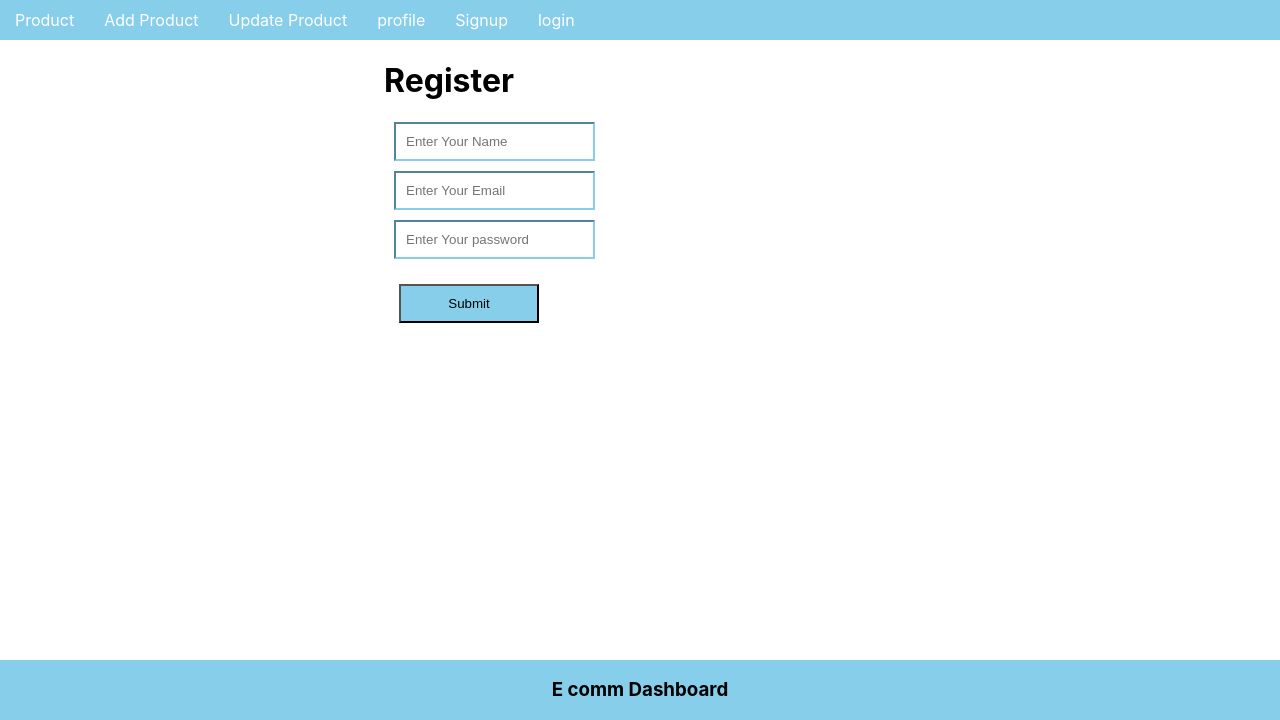
Repository: ShahbazGurmani/react-code-e-dashboard
Page: /add
The author's editor kept a copy of each file at every save. The page is drawn from the files as they stood at one save, then again after the next save.
The browser window is 1280 px wide. The pictures show the whole page.
The project was rebuilt for these pictures with package versions that can differ from the ones it lists, and the page was loaded fresh each time. Also part of the build but not shown: src/components/Login.js.

Above is the page before, as saved 2023-08-24 22:44:59.

After the next save:
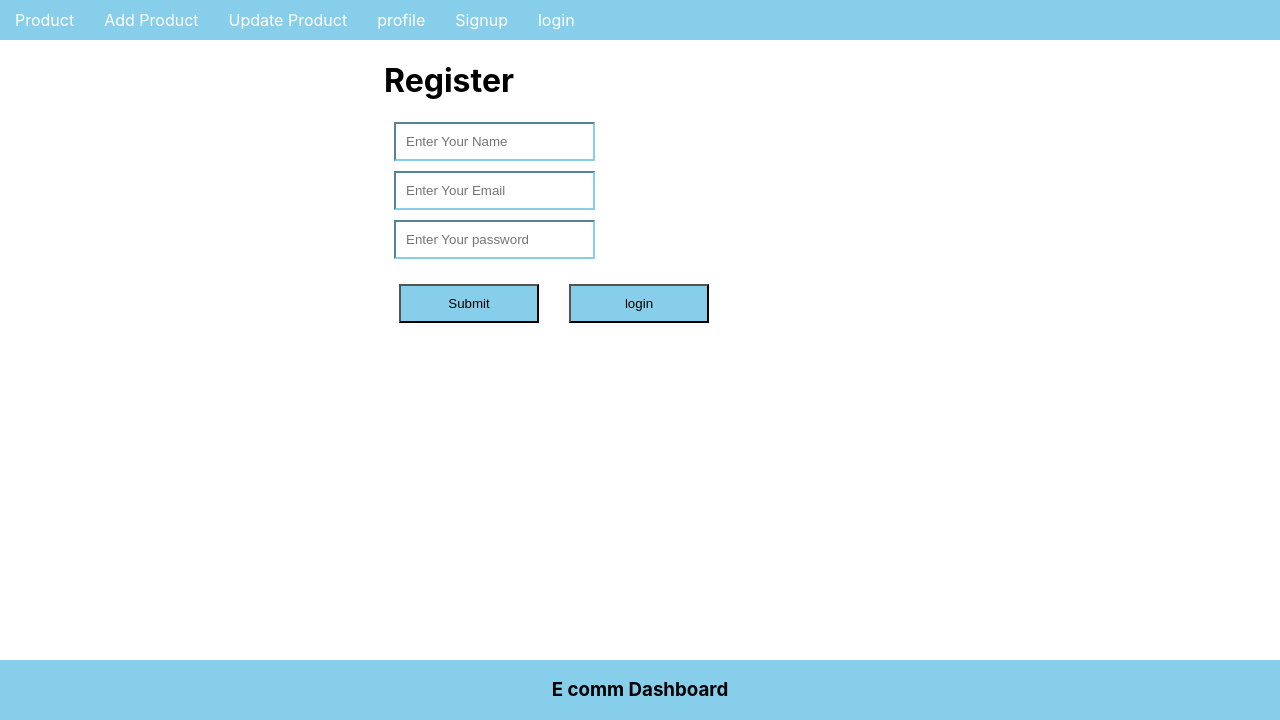
Saved 9 s later.
--- a/src/components/Signup.js
+++ b/src/components/Signup.js
@@ -69,9 +69,9 @@ const Signup = () => {
       <button onClick={collectData} className="button" type="submit">
         Submit
       </button>
-      {/* <button  className="button" type="submit">
+      <button  className="button" type="submit">
         login
-      </button> */}
+      </button>
     </div>
   );
 };
